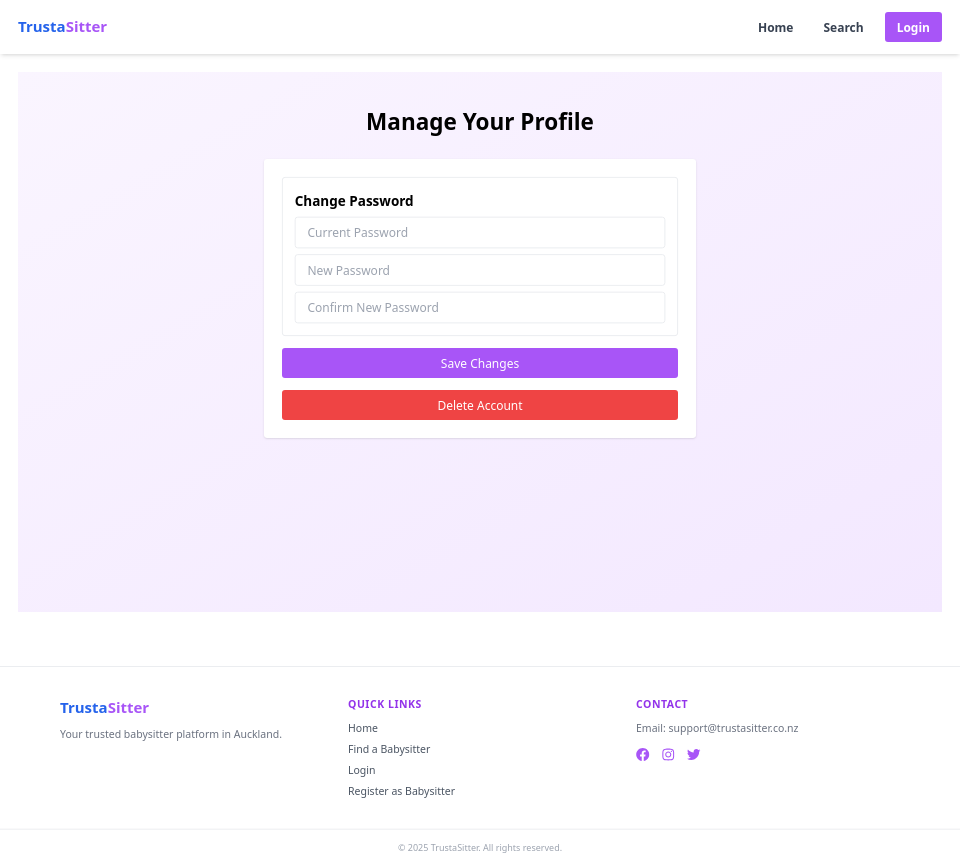
Repository: LargeWC-Code/TrustaSitter
Page: /profile (app in trustasitter-frontend/)
The author's editor kept a copy of each file at every save. The page is drawn from the files as they stood at one save, then again after the next save.
The browser window is 1280 px wide. The pictures show the whole page, at 75% of full size.
The project was rebuilt for these pictures with package versions that can differ from the ones it lists, and the page was loaded fresh each time. Also part of the build but not shown: trustasitter-frontend/vite.config.js, trustasitter-frontend/src/pages/Home.jsx, trustasitter-frontend/src/pages/Search.jsx, trustasitter-frontend/src/services/api.js, trustasitter-frontend/src/pages/Login.jsx, trustasitter-frontend/src/pages/Bookings.jsx, trustasitter-frontend/src/pages/ChooseRole.jsx, trustasitter-frontend/src/pages/RegisterBabysitter.jsx and 3 more.

Above is the page before, as saved 2025-06-30 02:49:37.

### trustasitter-frontend/index.html
<!doctype html>
<html lang="en">
  <head>
    <meta charset="UTF-8" />
    <link rel="icon" type="image/png" href="/image.png" />
    <meta name="viewport" content="width=device-width, initial-scale=1.0" />
    <title>TrustaSitter</title>
  </head>
  <body>
    <div id="root"></div>
    <script type="module" src="/src/main.jsx"></script>
  </body>
</html>

### trustasitter-frontend/src/main.jsx
import React from 'react';
import ReactDOM from 'react-dom/client';
import App from './App';
import './index.css'; // Importing global styles
import { BrowserRouter } from 'react-router-dom';
import { AuthProvider } from './context/AuthContext';

ReactDOM.createRoot(document.getElementById('root')).render(
  <React.StrictMode>
    <AuthProvider>
        <App />
      </AuthProvider>
    </React.StrictMode>
);

### trustasitter-frontend/src/App.jsx
// App.jsx – Router setup with Navbar
import React from 'react';
import { BrowserRouter as Router, Routes, Route } from 'react-router-dom';

import Navbar from './components/Navbar'; // Importing the Navbar component
import Footer from './components/Footer'; // Importing the Footer component
import Home from './pages/Home';  // Importing the Home component
import Search from './pages/Search';  // Importing the Search component
import Login from './pages/Login';  // Importing the Login component
import Bookings from './pages/Bookings';    // Importing the Bookings component
import ChooseRole from './pages/ChooseRole';  // Importing the ChooseRole component
import RegisterBabysitter from './pages/RegisterBabysitter'; // Importing the RegisterBabysitter component
import RegisterClient from './pages/RegisterClient'; // Importing the RegisterClient component
import  HomeClient from './pages/HomeClient'; // Importing the HomeClient component
import HomeBabysitter from './pages/HomeBabysitter'; // Importing the HomeBabysitter component
import ProfileBabysitter from "./pages/ProfileBabysitter"; // Importing the ProfileBabysitter component
import ScrollToTop from './components/ScrollToTop'; // Importing the ScrollToTop component

const App = () => {
  return (
    <Router>
      <ScrollToTop />
      <Navbar />
      <div className="p-6">
        <Routes>
          <Route path="/homeclient" element={<HomeClient />} />
          <Route path="/register-client" element={<RegisterClient />} />
          <Route path="/home-babysitter" element={<HomeBabysitter />} />
          <Route path="/" element={<Home />} />
          <Route path="/search" element={<Search />} />
          <Route path="/login" element={<Login />} />
          <Route path="/bookings" element={<Bookings />} />
          <Route path="/choose-role" element={<ChooseRole />} />
          <Route path="/register-babysitter" element={<RegisterBabysitter />} />
          <Route path="/profile" element={<ProfileBabysitter />} />
        </Routes>
      </div>
      <Footer />
    </Router>
  );
};

export default App;

### trustasitter-frontend/src/context/AuthContext.jsx
import React, { createContext, useState, useEffect } from "react";

export const AuthContext = createContext();

export const AuthProvider = ({ children }) => {
  const [user, setUser] = useState(null);
  const [token, setToken] = useState(null);

  // On load, check if token exists in localStorage
  useEffect(() => {
    const storedToken = localStorage.getItem("token");
    const storedUser = localStorage.getItem("user");
    if (storedToken && storedUser) {
      setToken(storedToken);
      setUser(JSON.parse(storedUser));
    }
  }, []);

  // Login function
  const login = (data) => {
    setToken(data.token);
    setUser(data.user);
    localStorage.setItem("token", data.token);
    localStorage.setItem("user", JSON.stringify(data.user));
  };

  // Logout function
  const logout = () => {
    setToken(null);
    setUser(null);
    localStorage.removeItem("token");
    localStorage.removeItem("user");
  };

  return (
    <AuthContext.Provider value={{ user, token, login, logout }}>
      {children}
    </AuthContext.Provider>
  );
};

### trustasitter-frontend/src/components/Navbar.jsx
import React, { useContext } from "react";
import { Link, useNavigate } from "react-router-dom";
import { AuthContext } from "../context/AuthContext";

function Navbar() {
  const { user, logout } = useContext(AuthContext);
  const navigate = useNavigate();

  const handleLogout = () => {
    logout();
    navigate("/");
  };

  return (
    <nav className="bg-white shadow-md px-6 py-4 flex justify-between items-center">
      {/* Logo */}
      <div className="text-xl font-bold">
        <Link to="/" className="text-xl font-bold">
          <span className="text-blue-600">Trusta</span>
          <span className="text-purple-500">Sitter</span>
        </Link>
      </div>

      {/* Navigation Links */}
      <div className="flex items-center gap-4">
        <Link
          to="/"
          className="text-gray-700 font-semibold px-3 py-2 rounded hover:bg-purple-50 hover:text-purple-600 transition"
        >
          Home
        </Link>
        <Link
          to="/search"
          className="text-gray-700 font-semibold px-3 py-2 rounded hover:bg-purple-50 hover:text-purple-600 transition"
        >
          Search
        </Link>

        {!user && (
          <Link
            to="/login"
            className="bg-purple-500 hover:bg-purple-600 text-white font-semibold px-4 py-2 rounded transition"
          >
            Login
          </Link>
        )}

        {user && (
          <>
            {user.role === "client" && (
              <Link
                to="/profile-client"
                className="text-gray-700 font-semibold px-3 py-2 rounded hover:bg-purple-50 hover:text-purple-600 transition"
              >
                My Profile
              </Link>
            )}
            {user.role === "babysitter" && (
              <Link
                to="/profile-babysitter"
                className="text-gray-700 font-semibold px-3 py-2 rounded hover:bg-purple-50 hover:text-purple-600 transition"
              >
                My Profile
              </Link>
            )}
            <button
              onClick={handleLogout}
              className="bg-red-500 hover:bg-red-600 text-white font-semibold px-4 py-2 rounded transition"
            >
              Logout
            </button>
          </>
        )}
      </div>
    </nav>
  );
}

export default Navbar;

### trustasitter-frontend/src/components/Footer.jsx
import React from 'react';
import { Link } from 'react-router-dom';
import { FaFacebook, FaInstagram, FaTwitter } from 'react-icons/fa';

const Footer = () => {
  return (
    <footer className="bg-white border-t mt-12">
      <div className="max-w-6xl mx-auto px-4 py-10 grid md:grid-cols-3 gap-8 text-sm text-gray-600">
        {/* Logo and description */}
        <div>
          <h2 className="text-xl font-bold mb-3">
            <span className="text-blue-600">Trusta</span>
            <span className="text-purple-500">Sitter</span>
          </h2>
          <p className="text-gray-500">Your trusted babysitter platform in Auckland.</p>
        </div>

        {/* Quick Links */}
        <div>
          <h3 className="font-semibold mb-3 text-purple-600 uppercase tracking-wider">Quick Links</h3>
          <ul className="space-y-2">
            <li>
              <Link
                to="/"
                onClick={() => window.scrollTo(0, 0)}
                className="hover:underline hover:text-purple-600 transition"
              >
                Home
              </Link>
            </li>
            <li>
              <Link
                to="/search"
                onClick={() => window.scrollTo(0, 0)}
                className="hover:underline hover:text-purple-600 transition"
              >
                Find a Babysitter
              </Link>
            </li>
            <li>
              <Link
                to="/login"
                onClick={() => window.scrollTo(0, 0)}
                className="hover:underline hover:text-purple-600 transition"
              >
                Login
              </Link>
            </li>
            <li>
              <Link
                to="/register-babysitter"
                onClick={() => window.scrollTo(0, 0)}
                className="hover:underline hover:text-purple-600 transition"
              >
                Register as Babysitter
              </Link>
            </li>
          </ul>
        </div>

        {/* Contact and socials */}
        <div>
          <h3 className="font-semibold mb-3 text-purple-600 uppercase tracking-wider">Contact</h3>
          <p className="text-gray-500">Email: support@trustasitter.co.nz</p>
          <div className="flex space-x-4 mt-4">
            <a href="#" className="text-purple-500 hover:text-purple-700 transition">
              <FaFacebook size={18} />
            </a>
            <a href="#" className="text-purple-500 hover:text-purple-700 transition">
              <FaInstagram size={18} />
            </a>
            <a href="#" className="text-purple-500 hover:text-purple-700 transition">
              <FaTwitter size={18} />
            </a>
          </div>
        </div>
      </div>
      <div className="text-center text-xs text-gray-400 py-4 border-t">
        © {new Date().getFullYear()} TrustaSitter. All rights reserved.
      </div>
    </footer>
  );
};

export default Footer;

### trustasitter-frontend/src/pages/ProfileBabysitter.jsx
// src/pages/ProfileBabysitter.jsx
import React, { useState, useContext } from "react";
import { FaCheckCircle } from "react-icons/fa";
import { AuthContext } from "../context/AuthContext";
import { useNavigate } from "react-router-dom";
import axios from "axios";

const ProfileBabysitter = () => {
  const [showSuccess, setShowSuccess] = useState(false);
  const { token, logout } = useContext(AuthContext);
  const navigate = useNavigate();

  const [currentPassword, setCurrentPassword] = useState("");
  const [newPassword, setNewPassword] = useState("");
  const [confirmPassword, setConfirmPassword] = useState("");
  const [error, setError] = useState("");

  // Handle form submission
  const handleSubmit = async (e) => {
    e.preventDefault();
    setError("");

    // Validate password fields
    if (newPassword || confirmPassword || currentPassword) {
      if (!currentPassword) {
        setError("Please enter your current password.");
        return;
      }
      if (newPassword !== confirmPassword) {
        setError("New passwords do not match.");
        return;
      }
    }

    try {
      // Build payload
      const payload = {};
      if (newPassword) {
        payload.password = newPassword;
      }

      await axios.put(
        "http://localhost:3000/api/babysitters/profile",
        payload,
        {
          headers: {
            Authorization: `Bearer ${token}`,
          },
        }
      );

      setShowSuccess(true);
      setTimeout(() => setShowSuccess(false), 3000);
    } catch (err) {
      console.error("Error updating profile:", err);
      setError("Failed to update profile. Please try again.");
    }
  };

  // Handle account deletion
  const handleDeleteAccount = async () => {
    if (!window.confirm("Are you sure you want to delete your account? This cannot be undone.")) {
      return;
    }

    try {
      await axios.delete("http://localhost:3000/api/babysitters/profile", {
        headers: {
          Authorization: `Bearer ${token}`,
        },
      });

      logout();
      navigate("/");
    } catch (error) {
      console.error("Error deleting account:", error);
      alert("Failed to delete account. Please try again.");
    }
  };

  return (
    <main className="bg-gradient-to-br from-purple-50 to-purple-100 min-h-screen py-12 px-6">
      <h1 className="text-3xl font-bold text-center mb-8">
        Manage Your Profile
      </h1>

      <div className="max-w-xl mx-auto bg-white p-6 rounded shadow">
        {showSuccess && (
          <div className="mb-4 p-3 bg-green-100 text-green-700 rounded text-center flex items-center justify-center gap-2">
            <FaCheckCircle />
            <span>Profile updated successfully!</span>
          </div>
        )}

        {error && (
          <div className="mb-4 p-3 bg-red-100 text-red-700 rounded text-center">
            {error}
          </div>
        )}

        <form onSubmit={handleSubmit} className="space-y-4">
          {/* Password Section */}
          <div className="border p-4 rounded">
            <h2 className="text-lg font-semibold mb-2">Change Password</h2>
            <input
              type="password"
              placeholder="Current Password"
              value={currentPassword}
              onChange={(e) => setCurrentPassword(e.target.value)}
              className="w-full mb-2 px-4 py-2 border rounded focus:outline-none"
            />
            <input
              type="password"
              placeholder="New Password"
              value={newPassword}
              onChange={(e) => setNewPassword(e.target.value)}
              className="w-full mb-2 px-4 py-2 border rounded focus:outline-none"
            />
            <input
              type="password"
              placeholder="Confirm New Password"
              value={confirmPassword}
              onChange={(e) => setConfirmPassword(e.target.value)}
              className="w-full px-4 py-2 border rounded focus:outline-none"
            />
          </div>

          <button
            type="submit"
            className="w-full bg-purple-500 hover:bg-purple-600 text-white py-2 rounded transition"
          >
            Save Changes
          </button>

          <button
            type="button"
            onClick={handleDeleteAccount}
            className="w-full bg-red-500 hover:bg-red-600 text-white py-2 rounded transition mt-2"
          >
            Delete Account
          </button>
        </form>
      </div>
    </main>
  );
};

export default ProfileBabysitter;

### trustasitter-frontend/src/components/ScrollToTop.jsx
import { useEffect } from "react";
import { useLocation } from "react-router-dom";

export default function ScrollToTop() {
  const { pathname } = useLocation();

  useEffect(() => {
    window.scrollTo(0, 0);
  }, [pathname]);

  return null;
}
// This component will scroll to the top of the page whenever the pathname changes.

Loaded but not shown: trustasitter-frontend/src/index.css (common file); trustasitter-frontend/tailwind.config.js (common file)

After the next save:
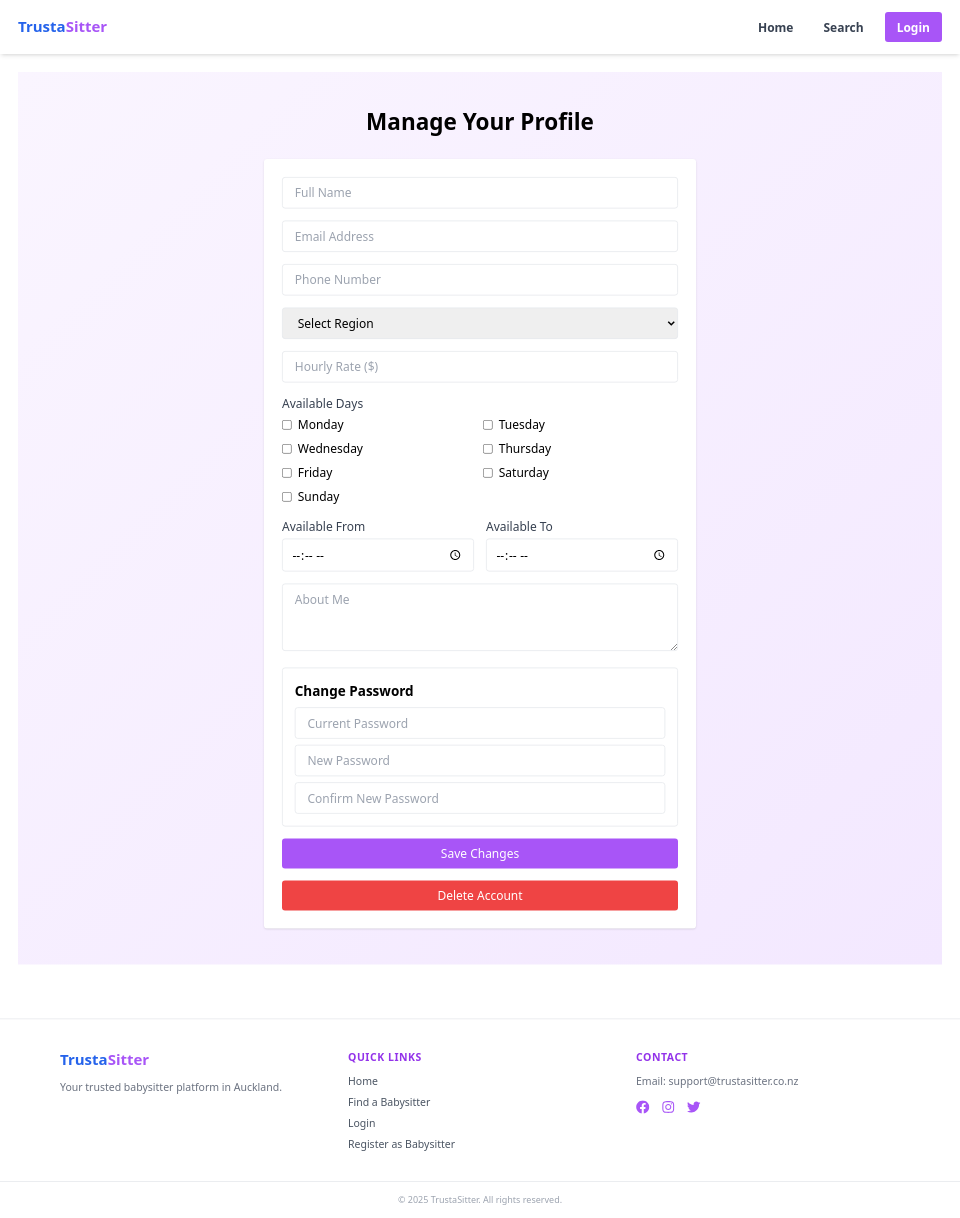
Saved 2 min 22 s later.
--- a/trustasitter-frontend/src/pages/ProfileBabysitter.jsx
+++ b/trustasitter-frontend/src/pages/ProfileBabysitter.jsx
@@ -20,7 +20,6 @@ const ProfileBabysitter = () => {
     e.preventDefault();
     setError("");
 
-    // Validate password fields
     if (newPassword || confirmPassword || currentPassword) {
       if (!currentPassword) {
         setError("Please enter your current password.");
@@ -33,7 +32,6 @@ const ProfileBabysitter = () => {
     }
 
     try {
-      // Build payload
       const payload = {};
       if (newPassword) {
         payload.password = newPassword;
@@ -57,7 +55,6 @@ const ProfileBabysitter = () => {
     }
   };
 
-  // Handle account deletion
   const handleDeleteAccount = async () => {
     if (!window.confirm("Are you sure you want to delete your account? This cannot be undone.")) {
       return;
@@ -99,7 +96,71 @@ const ProfileBabysitter = () => {
         )}
 
         <form onSubmit={handleSubmit} className="space-y-4">
-          {/* Password Section */}
+          {/* Basic Info */}
+          <input
+            type="text"
+            placeholder="Full Name"
+            className="w-full px-4 py-2 border rounded focus:outline-none"
+          />
+          <input
+            type="email"
+            placeholder="Email Address"
+            className="w-full px-4 py-2 border rounded focus:outline-none"
+          />
+          <input
+            type="text"
+            placeholder="Phone Number"
+            className="w-full px-4 py-2 border rounded focus:outline-none"
+          />
+          <select className="w-full px-4 py-2 border rounded focus:outline-none">
+            <option value="">Select Region</option>
+            <option value="Central">Central</option>
+            <option value="East">East</option>
+            <option value="West">West</option>
+            <option value="North">North</option>
+            <option value="South">South</option>
+          </select>
+          <input
+            type="text"
+            placeholder="Hourly Rate ($)"
+            className="w-full px-4 py-2 border rounded focus:outline-none"
+          />
+
+          {/* Available Days */}
+          <div>
+            <label className="block mb-1 text-gray-700 font-medium">
+              Available Days
+            </label>
+            <div className="grid grid-cols-2 gap-2">
+              {["Monday", "Tuesday", "Wednesday", "Thursday", "Friday", "Saturday", "Sunday"].map((day) => (
+                <label key={day} className="flex items-center gap-2">
+                  <input type="checkbox" />
+                  <span>{day}</span>
+                </label>
+              ))}
+            </div>
+          </div>
+
+          {/* Available Hours */}
+          <div className="flex gap-4">
+            <div className="w-1/2">
+              <label className="block mb-1 text-gray-700 font-medium">Available From</label>
+              <input type="time" className="w-full px-3 py-2 border rounded focus:outline-none" />
+            </div>
+            <div className="w-1/2">
+              <label className="block mb-1 text-gray-700 font-medium">Available To</label>
+              <input type="time" className="w-full px-3 py-2 border rounded focus:outline-none" />
+            </div>
+          </div>
+
+          {/* About */}
+          <textarea
+            placeholder="About Me"
+            className="w-full px-4 py-2 border rounded focus:outline-none"
+            rows="3"
+          />
+
+          {/* Password Change */}
           <div className="border p-4 rounded">
             <h2 className="text-lg font-semibold mb-2">Change Password</h2>
             <input
